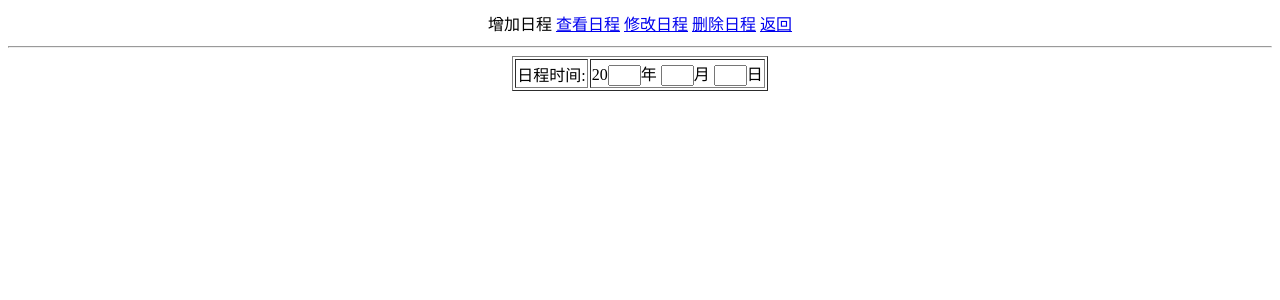
Repository: zy840055899/old-workspace
Page: http://localhost/PIMS/dateManager/addDate.jsp
These files come from the project's save history. The page is drawn as it stood at one moment and after the next save; the edit follows.
The browser window is 1280 px wide. The pictures show the whole page.
The page is served by Tomcat 9. Other server files are loaded and not shown.

Above is the page before, as saved 2014-03-17 04:06:30.

### PIMS/WebContent/dateManager/addDate.jsp
<%@ page language="java" contentType="text/html; charset=UTF-8"
    pageEncoding="UTF-8"%>
<!DOCTYPE html PUBLIC "-//W3C//DTD HTML 4.01 Transitional//EN" "http://www.w3.org/TR/html4/loose.dtd">
<html>
<head>
<meta http-equiv="Content-Type" content="text/html; charset=UTF-8">
<title>Insert title here</title>
</head>
<body>

<center>

<table>

<tr>
<td>增加日程</td>
<td><a href="http://localhost:8080/PIMS/dateManager/lookDate.jsp">查看日程</a></td>
<td><a href="http://localhost:8080/PIMS/dateManager/updateDate.jsp">修改日程</a></td>
<td><a href="http://localhost:8080/PIMS/dateManager/deleteDate.jsp">删除日程</a></td>
<td><a href="http://localhost:8080/PIMS/main/main.jsp">返回</a></td>
</tr>

</table><hr>

<form action="http://localhost:8080/PIMS/AddDateServlet" method="post">

<table border="1">

<tr>
<td>日程时间:</td>
<td>
20<input type="text" size="1" name="year" value="">年
<input type="text" size="1" name="month" value="">月
<input type="text" size="1" name="day" value="">日
</td>
</tr>

















</table>




















</form>













</center>

</body>
</html>

After the next save:
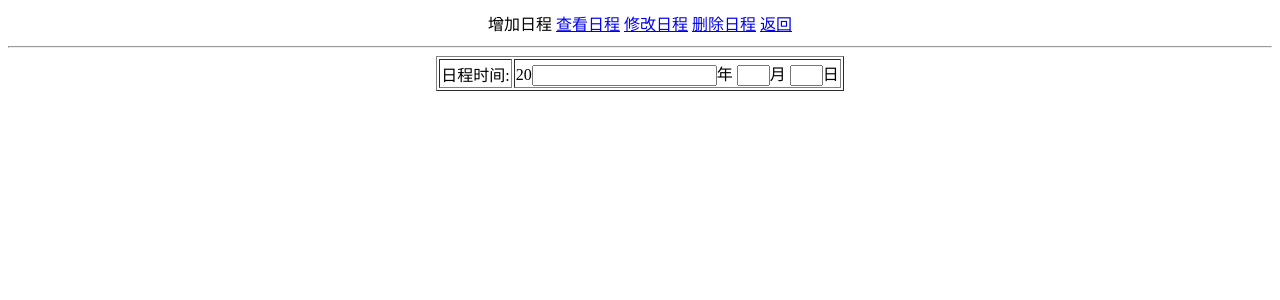
Saved 23 s later.
--- a/PIMS/WebContent/dateManager/addDate.jsp
+++ b/PIMS/WebContent/dateManager/addDate.jsp
@@ -29,7 +29,7 @@
 <tr>
 <td>日程时间:</td>
 <td>
-20<input type="text" size="1" name="year" value="">年
+20<input type="text" size="0.5" name="year" value="">年
 <input type="text" size="1" name="month" value="">月
 <input type="text" size="1" name="day" value="">日
 </td>

After the save that followed:
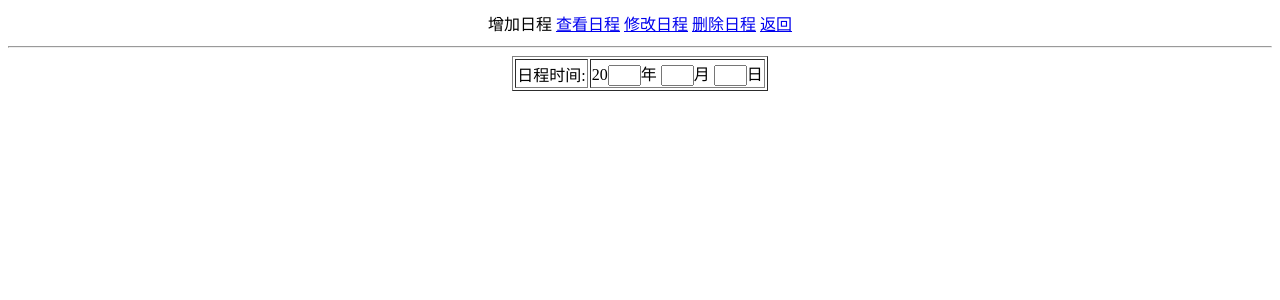
Saved 11 s later.
--- a/PIMS/WebContent/dateManager/addDate.jsp
+++ b/PIMS/WebContent/dateManager/addDate.jsp
@@ -29,7 +29,7 @@
 <tr>
 <td>日程时间:</td>
 <td>
-20<input type="text" size="0.5" name="year" value="">年
+20<input type="text" size="1%" name="year" value="">年
 <input type="text" size="1" name="month" value="">月
 <input type="text" size="1" name="day" value="">日
 </td>
